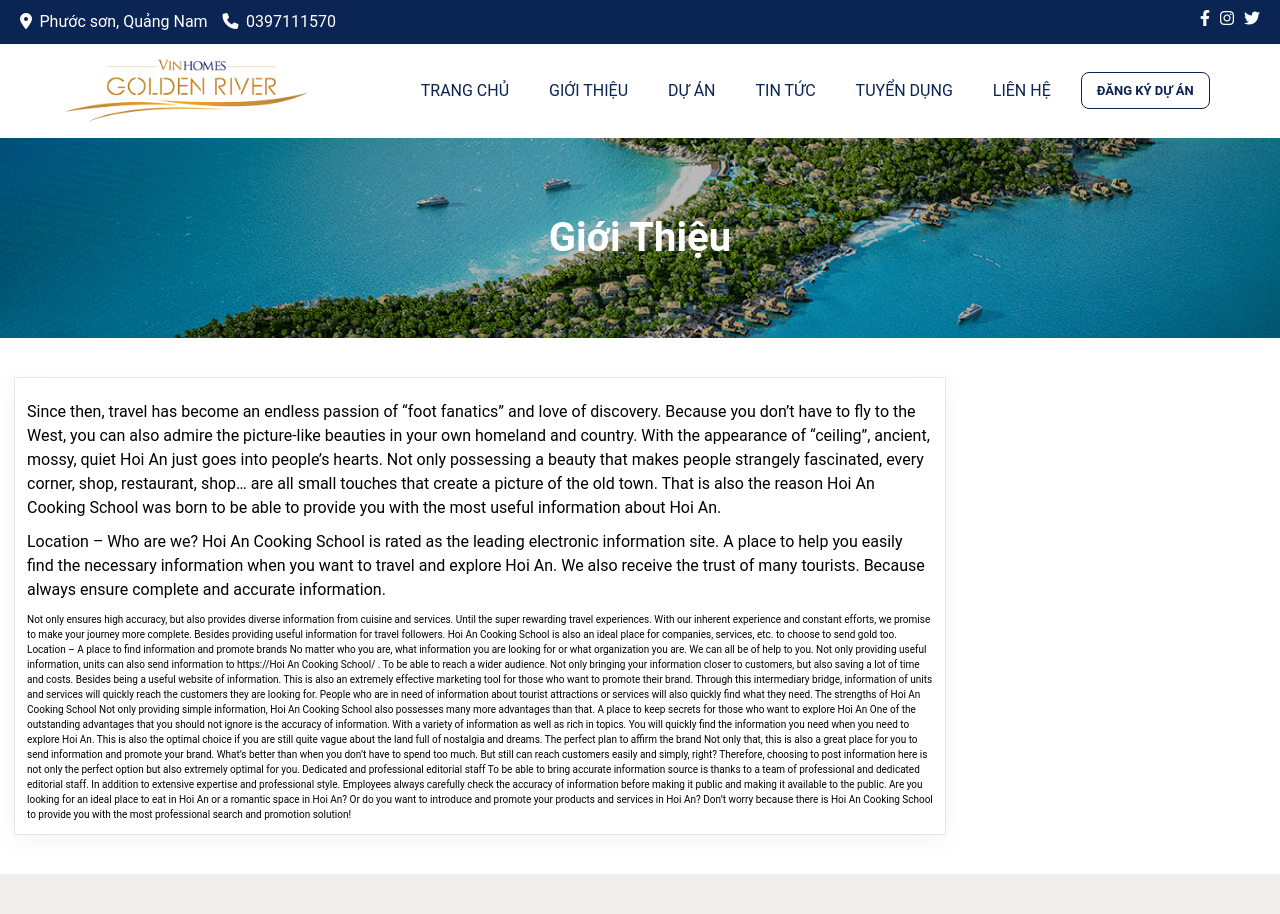
Repository: phamphuc2/fontend-bds
Page: about.html
An editor plug-in stored every save of this project. The page is shown before and after the next save, followed by the edit.
The browser window is 1280 px wide. The pictures show the part of the page from y = 0 to 914 px (the page is 1369 px tall before and 1445 px after).
Pictures or frames that could not be fetched are drawn as grey boxes. Some web libraries are served in a nearby version.

Above is the page before, as saved 2022-06-23 16:04:57.

### about.html
<!DOCTYPE html>
<html lang="en">

<head>
    <meta charset="UTF-8">
    <meta http-equiv="X-UA-Compatible" content="IE=edge">
    <meta name="viewport" content="width=device-width, initial-scale=1.0">
    <title>BDS</title>
    <!-- linl css -->
    <link rel="stylesheet" href="libs/slick/slick.css">
    <link rel="stylesheet" href="libs/slick/slick-theme.css">
    <link rel="stylesheet" href="./assets/css/bootstrap.css">
    <link rel="stylesheet" href="./assets/css/theme.css">
    <link rel="stylesheet" href="./assets/css/resposive.css">
    <link rel="stylesheet " href="./style.css ">
    <!-- link thư viện -->
    <link rel="stylesheet " href="https://cdnjs.cloudflare.com/ajax/libs/font-awesome/6.1.1/css/all.min.css ">
    <!-- link font -->
    <link rel="preconnect" href="https://fonts.googleapis.com">
    <link rel="preconnect" href="https://fonts.gstatic.com" crossorigin>
    <link
        href="https://fonts.googleapis.com/css2?family=Roboto+Flex:opsz,wght@8..144,200;8..144,300;8..144,400;8..144,500;8..144,600;8..144,700;8..144,800;8..144,900&display=swap"
        rel="stylesheet">
</head>

<body>
    <!-- Header -->
    <header class="header">
        <div class="header-top">
            <div class="container">
                <div class="inner">
                    <div class="box-left">
                        <div class="map">
                            <i class="fa-solid fa-location-dot"></i>
                            <span>Phước sơn, Quảng Nam</span>
                        </div>
                        <div class="phone">
                            <i class="fa-solid fa-phone"></i>
                            <span>0397111570</span>
                        </div>
                    </div>
                    <div class="box-right">
                        <ul class="list-info">
                            <li class="item">
                                <a href="">
                                    <i class="fa-brands fa-facebook-f"></i>
                                </a>
                            </li>
                            <li class="item">
                                <a href="">
                                    <i class="fa-brands fa-instagram"></i>
                                </a>
                            </li>
                            <li class="item">
                                <a href="">
                                    <i class="fa-brands fa-twitter"></i>
                                </a>
                            </li>
                        </ul>
                    </div>
                </div>
            </div>
        </div>

        <div class="header-bottom">
            <div class="container">
                <div class="inner">
                    <div class="header-bottom-left">
                        <a href="#">
                            <div class="logo">
                                <img src="./assets/images/logo.png" alt="">
                            </div>
                        </a>
                    </div>
                    <div class="header-bottom-right">
                        <ul class="menu">
                            <li>
                                <a href="./index.html">Trang chủ</a>
                            </li>
                            <li>
                                <a href="./about.html">Giới Thiệu</a>
                            </li>
                            <li>
                                <a href="./taxonomy.html">Dự Án</a>
                            </li>
                            <li>
                                <a href="./taxonomy.html">Tin Tức</a>
                            </li>
                            <li>
                                <a href="./blogs.html">Tuyển Dụng</a>
                            </li>
                            <li>
                                <a href="./contact.html">Liên hệ</a>
                            </li>
                        </ul>
                        <div class="wrapper btn-project">
                            <a class="modal-toggle">ĐĂNG KÝ DỰ ÁN</a>
                        </div>
                        <div class="modal">
                            <div class="modal-overlay modal-toggle"></div>
                            <div class="modal-wrapper modal-transition">
                                <div class="modal-header inner-top">
                                    <button class="modal-close modal-toggle ">x</button>
                                    <h2 class="title">LIÊN HỆ</h2>
                                    <div class="is-drive"></div>
                                </div>
                                <div class="modal-body">
                                    <div class="form-contact-home">
                                        <div role="form" class="wpcf7" id="wpcf7-f80-o1" lang="en-US" dir="ltr">
                                            <form action="" class="wpcf7-form init">
                                                <span class="wpcf7-form-control-wrap your-name"><input type="text"
                                                        name="your-name" value="" size="40"
                                                        class="wpcf7-form-control wpcf7-text wpcf7-validates-as-required"
                                                        aria-required="true" aria-invalid="false"
                                                        placeholder="Tên của bạn"></span>
                                                <span class="wpcf7-form-control-wrap your-name"><input type="text"
                                                        name="your-name" value="" size="40"
                                                        class="wpcf7-form-control wpcf7-text wpcf7-validates-as-required"
                                                        aria-required="true" aria-invalid="false"
                                                        placeholder="Địa chỉ email của bạn"></span>
                                                <span class="wpcf7-form-control-wrap your-name"><input type="text"
                                                        name="your-name" value="" size="40"
                                                        class="wpcf7-form-control wpcf7-text wpcf7-validates-as-required"
                                                        aria-required="true" aria-invalid="false"
                                                        placeholder="Số điện thoại của bạn"></span>
                                                <span class="wpcf7-form-control-wrap your-title"><textarea
                                                        name="your-title" cols="40" rows="10"
                                                        class="wpcf7-form-control wpcf7-textarea wpcf7-validates-as-required"
                                                        aria-required="true" aria-invalid="false"
                                                        placeholder="Nội dung yêu cầu dự án..."></textarea></span>
                                                <div class="btn-submit">
                                                    <input type="submit" value="Gửi yêu cầu"
                                                        class="wpcf7-form-control has-spinner wpcf7-submit"><span
                                                        class="wpcf7-spinner"></span>
                                                </div>
                                                <div class="wpcf7-response-output" aria-hidden="true"></div>
                                            </form>
                                        </div>
                                    </div>
                                </div>
                            </div>
                        </div>
                    </div>
                    <div class="icon menu-mobile-icon">
                        <svg xmlns="http://www.w3.org/2000/svg" width="16" height="16" fill="currentColor"
                            class="bi bi-list" viewBox="0 0 16 16">
                            <path fill-rule="evenodd"
                                d="M2.5 12a.5.5 0 0 1 .5-.5h10a.5.5 0 0 1 0 1H3a.5.5 0 0 1-.5-.5zm0-4a.5.5 0 0 1 .5-.5h10a.5.5 0 0 1 0 1H3a.5.5 0 0 1-.5-.5zm0-4a.5.5 0 0 1 .5-.5h10a.5.5 0 0 1 0 1H3a.5.5 0 0 1-.5-.5z" />
                        </svg>
                    </div>
                </div>
            </div>
        </div>
    </header>
    <!-- End header -->

    <!-- menu-mobile -->
    <div class="menu-mobile">
        <div class="menu-top">
            <a href="#">
                <div class="logo">
                    <img src="./assets/images/logo.png" alt="">
                </div>
            </a>
            <div class="icon-close">
                <svg xmlns="http://www.w3.org/2000/svg" width="16" height="16" fill="currentColor" class="bi bi-x-lg"
                    viewBox="0 0 16 16">
                    <path
                        d="M2.146 2.854a.5.5 0 1 1 .708-.708L8 7.293l5.146-5.147a.5.5 0 0 1 .708.708L8.707 8l5.147 5.146a.5.5 0 0 1-.708.708L8 8.707l-5.146 5.147a.5.5 0 0 1-.708-.708L7.293 8 2.146 2.854Z" />
                </svg>
            </div>
        </div>
        <ul class="menu">
            <li>
                <a href="./index.html">Trang chủ</a>
            </li>
            <li>
                <a href="./about.html">Giới Thiệu</a>
            </li>
            <li>
                <a href="./taxonomy.html">Dự Án</a>
            </li>
            <li>
                <a href="./taxonomy.html">Tin Tức</a>
            </li>
            <li>
                <a href="./blogs.html">Tuyển Dụng</a>
            </li>
            <li>
                <a href="./contact.html">Liên hệ</a>
            </li>
        </ul>
    </div>
    <div class="overlays"></div>
    <!-- end-menu-mobile -->

    <section class="banner">
        <div class="overlay"></div>
        <div class="container">
            <h2 class="title">Giới Thiệu</h2>
        </div>
    </section>
    <section class="page-about">

        <div class="container">
            <div class="row">
                <div class="col-lg-9">
                    <div class="content">
                       <p>
                            Since then, travel has become an endless passion of “foot fanatics” and love of discovery.
                            Because you don’t have to fly to the West, you can also admire the picture-like beauties in your
                            own homeland and country. With the appearance of “ceiling”, ancient, mossy, quiet Hoi An just
                            goes into people’s hearts. Not only possessing a beauty that makes people strangely fascinated,
                            every corner, shop, restaurant, shop… are all small touches that create a picture of the old
                            town. That is also the reason Hoi An Cooking School was born to be able to provide you with the
                            most useful information about Hoi An.
                       </p>

                       <p>
                        Location – Who are we?
                        Hoi An Cooking School is rated as the leading electronic information site. A place to help you
                        easily find the necessary information when you want to travel and explore Hoi An. We also
                        receive the trust of many tourists. Because always ensure complete and accurate information.
                       </p>

                        Not only ensures high accuracy, but also provides diverse information from cuisine and services.
                        Until the super rewarding travel experiences. With our inherent experience and constant efforts,
                        we promise to make your journey more complete. Besides providing useful information for travel
                        followers. Hoi An Cooking School is also an ideal place for companies, services, etc. to choose
                        to send gold too.

                        Location – A place to find information and promote brands
                        No matter who you are, what information you are looking for or what organization you are. We can
                        all be of help to you. Not only providing useful information, units can also send information to
                        https://Hoi An Cooking School/ . To be able to reach a wider audience. Not only bringing your
                        information closer to customers, but also saving a lot of time and costs.

                        Besides being a useful website of information. This is also an extremely effective marketing
                        tool for those who want to promote their brand. Through this intermediary bridge, information of
                        units and services will quickly reach the customers they are looking for. People who are in need
                        of information about tourist attractions or services will also quickly find what they need.

                        The strengths of Hoi An Cooking School
                        Not only providing simple information, Hoi An Cooking School also possesses many more advantages
                        than that.

                        A place to keep secrets for those who want to explore Hoi An
                        One of the outstanding advantages that you should not ignore is the accuracy of information.
                        With a variety of information as well as rich in topics. You will quickly find the information
                        you need when you need to explore Hoi An. This is also the optimal choice if you are still quite
                        vague about the land full of nostalgia and dreams.

                        The perfect plan to affirm the brand
                        Not only that, this is also a great place for you to send information and promote your brand.
                        What’s better than when you don’t have to spend too much. But still can reach customers easily
                        and simply, right? Therefore, choosing to post information here is not only the perfect option
                        but also extremely optimal for you.

                        Dedicated and professional editorial staff
                        To be able to bring accurate information source is thanks to a team of professional and
                        dedicated editorial staff. In addition to extensive expertise and professional style. Employees
                        always carefully check the accuracy of information before making it public and making it
                        available to the public.

                        Are you looking for an ideal place to eat in Hoi An or a romantic space in Hoi An? Or do you
                        want to introduce and promote your products and services in Hoi An? Don’t worry because there is
                        Hoi An Cooking School to provide you with the most professional search and promotion solution!
                    </div>
                </div>
                <div class="col-lg-3">

                </div>
            </div>
        </div>
    </section>


    <!-- footer -->
    <footer class="footer">
        <div class="footer-top">
            <div class="container">
                <div class="row">
                    <div class="col-lg-6">
                        <div class="box-left">
                            <a href="" class="logo">
                                <img src="./assets/images/logo.png" alt="">
                            </a>
                            <div class="name-cty">CÔNG TY CỔ PHẦN DỊCH VỤ & ĐỊA ỐC BDS</div>
                            <ul class="list-info">
                                <li class="item">
                                    <strong>- Địa chỉ:</strong>
                                    Phước sơn, Quảng Nam
                                </li>
                                <li class="item">
                                    <a href="">
                                        <strong>- Hotline:</strong>
                                        0397111570
                                    </a>
                                </li>
                                <li class="item">
                                    <a href="">
                                        <strong>- Email:</strong>
                                        0397111570
                                    </a>
                                </li>
                                <li class="item">
                                    <a href="">
                                        <strong>- Website:</strong>
                                        0397111570
                                    </a>
                                </li>
                            </ul>
                        </div>
                    </div>
                    <div class="col-lg-6">
                        <div class="box-right">
                            <iframe
                                src="https://www.google.com/maps/embed?pb=!1m18!1m12!1m3!1d3833.828583004772!2d108.17859985059002!3d16.074382643514532!2m3!1f0!2f0!3f0!3m2!1i1024!2i768!4f13.1!3m3!1m2!1s0x314218fb7240f30b%3A0x2e34fb5aa125e806!2zMSDEkOG6t25nIMSQw6xuaCBWw6JuLCBUaGFuaCBLaMOqIMSQw7RuZywgVGhhbmggS2jDqiwgxJDDoCBO4bq1bmcsIFZp4buHdCBOYW0!5e0!3m2!1svi!2s!4v1654737063418!5m2!1svi!2s"
                                style="border:0;" allowfullscreen="" loading="lazy"
                                referrerpolicy="no-referrer-when-downgrade"></iframe>
                        </div>
                    </div>
                </div>
            </div>
        </div>
        <div class="footer-bottom">
            <div class="container">
                <div class="copy-right">Phát triển và duy trì bởi Maxweb.vn</div>
            </div>
        </div>
    </footer>
    <!-- footer -->
    <div class="btn-goToTop">
        <div class="image">
            <img src="./assets/images/ic-up.png" alt="">
        </div>
    </div>
    <script src="./assets/js/jquery.min.js"></script>
    <script src="libs/slick/slick.min.js"></script>
    <script src="./assets/js/theme.js"></script>
</body>

</html>

### assets/css/resposive.css
@media (max-width: 1399px) {}

@media (max-width: 1199px) {}

@media (max-width: 991px) {
    .header .header-bottom .inner{
        justify-content: space-between;
    }
    .header .header-bottom .inner .header-bottom-right{
        display: none;
    }
    .header .header-bottom .menu-mobile-icon{
        display: block;
    }
    .header .header-bottom .menu-mobile-icon svg{
        width: 20px;
        height: 20px;
    }
    .overlays {
        width: 100%;
        height: 100vh;
        background-color: rgba(0, 0, 0, 0.8);
        display: none;
        position: fixed;
        top: 0%;
        left: 0%;
        opacity: 1;
        z-index: 999999999;
    }
    .overlays.open {
        display: block;
    }

    .new .arrow{
        display: none;
    }
}

@media (max-width: 767px) {
    .header .header-top .inner .box-left .map span, .header .header-top .inner .box-left .phone span {
        font-size: 1.2rem;
    }
    .header .header-bottom .inner .header-bottom-left .logo img{
        max-width: 150px;
    }
}

@media (max-width: 650px) {}

@media (max-width: 574px) {}

Loaded but not shown: libs/slick/slick.css (common file); libs/slick/slick-theme.css (library); assets/css/bootstrap.css (library); assets/js/jquery.min.js (library); libs/slick/slick.min.js (library); assets/js/theme.js (126 lines, source omitted); assets/css/theme.css (1161 lines, source omitted); style.css (178 lines, source omitted)

After the next save:
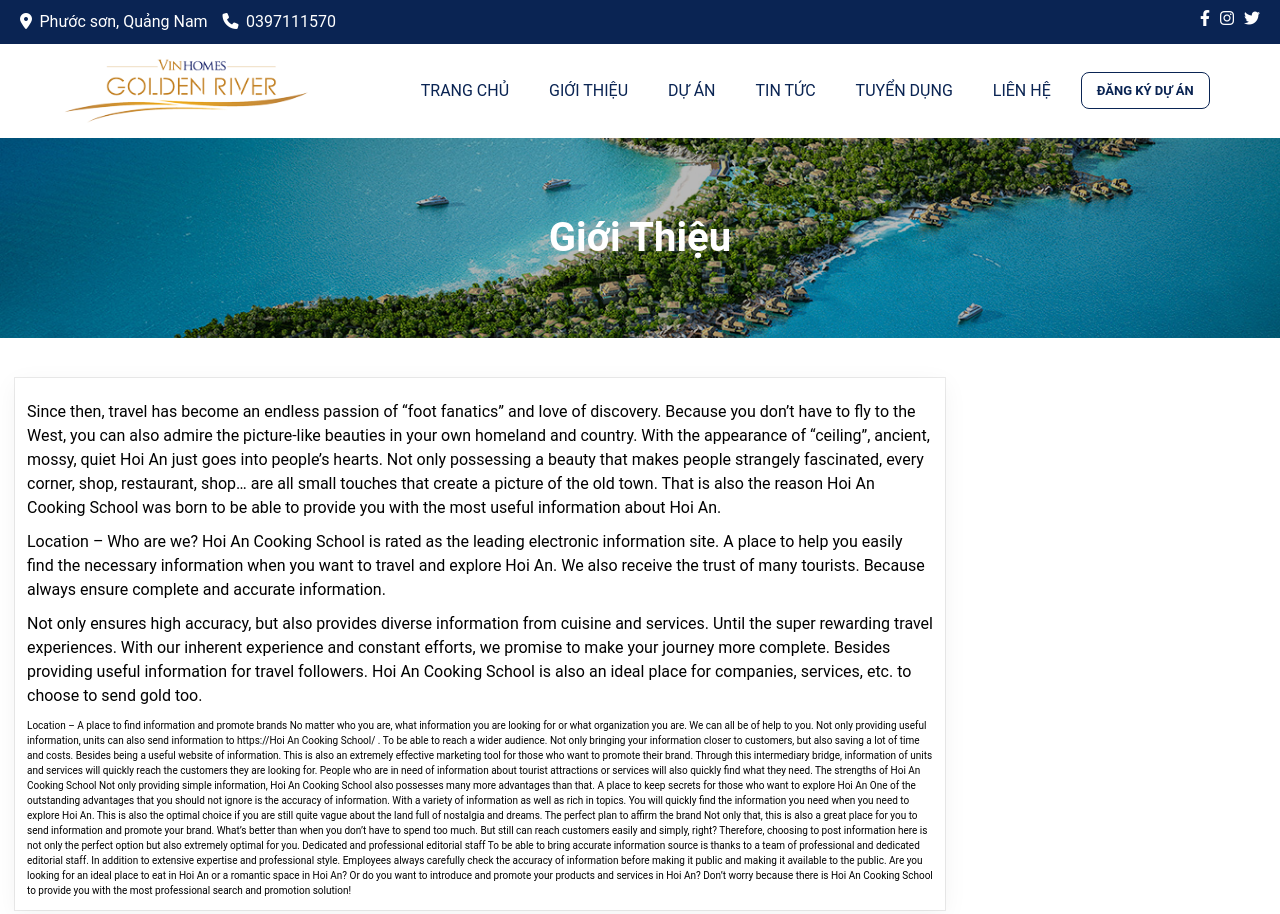
Saved 9 s later.
--- a/about.html
+++ b/about.html
@@ -217,17 +217,19 @@
                        </p>
 
                        <p>
-                        Location – Who are we?
-                        Hoi An Cooking School is rated as the leading electronic information site. A place to help you
-                        easily find the necessary information when you want to travel and explore Hoi An. We also
-                        receive the trust of many tourists. Because always ensure complete and accurate information.
+                            Location – Who are we?
+                            Hoi An Cooking School is rated as the leading electronic information site. A place to help you
+                            easily find the necessary information when you want to travel and explore Hoi An. We also
+                            receive the trust of many tourists. Because always ensure complete and accurate information.
                        </p>
 
-                        Not only ensures high accuracy, but also provides diverse information from cuisine and services.
+                        <p>
+                            Not only ensures high accuracy, but also provides diverse information from cuisine and services.
                         Until the super rewarding travel experiences. With our inherent experience and constant efforts,
                         we promise to make your journey more complete. Besides providing useful information for travel
                         followers. Hoi An Cooking School is also an ideal place for companies, services, etc. to choose
                         to send gold too.
+                        </p>
 
                         Location – A place to find information and promote brands
                         No matter who you are, what information you are looking for or what organization you are. We can
